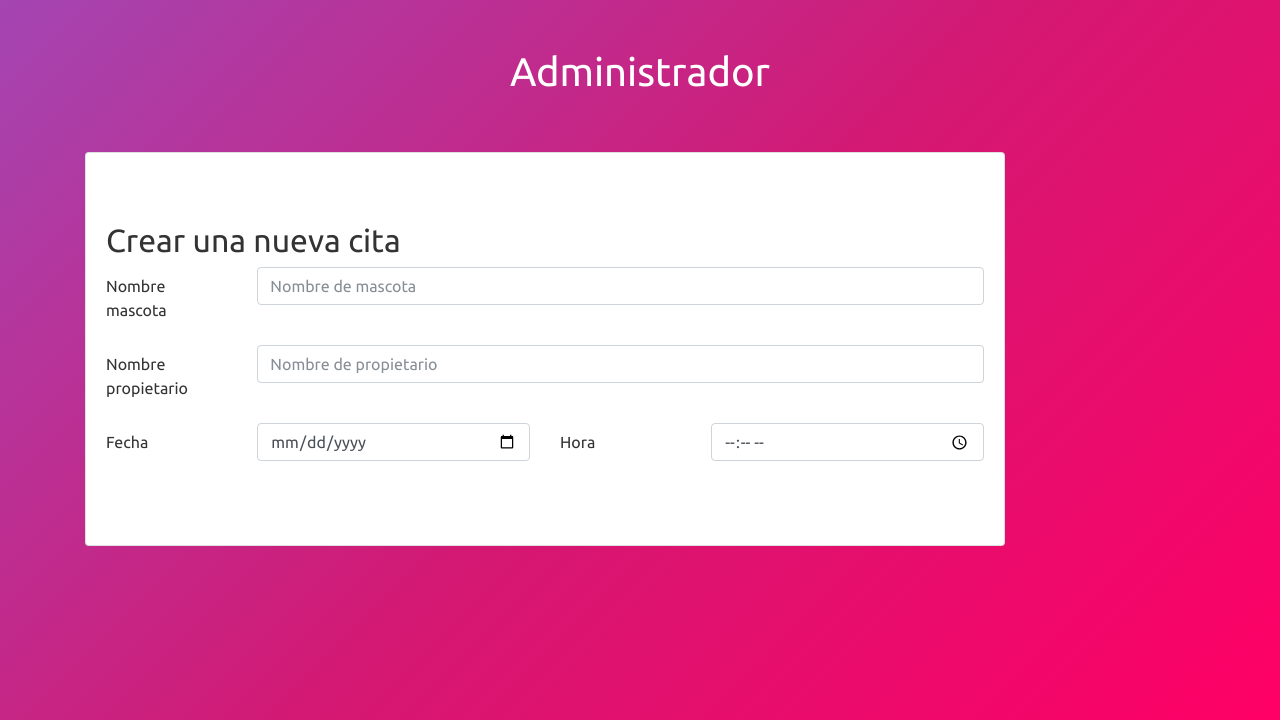
Repository: harrycampaz/react-veterinario-form
Page: /
An editor plug-in stored every save of this project. The page is shown before and after the next save, followed by the edit.
The browser window is 1280 px wide. The pictures show the whole page.
The project was rebuilt for these pictures with package versions that can differ from the ones it lists, and the page was loaded fresh each time.

Above is the page before, as saved 2020-01-16 14:19:35.

### src/App.js
import React, { Component } from "react";
import "./bootstrap.min.css";
import Header from "./components/ui/Header";
import NuevaCita from "./components/layout/NuevaCita";

class App extends Component {
  state = {};
  render() {
    return (
      <div className="container">
        <Header titulo="Administrador" />
        <div className="row">
          <div className="col-md-10 max-auto">
            <NuevaCita />
          </div>
        </div>
      </div>
    );
  }
}

export default App;

### src/components/ui/Header.js
import React from 'react';

const Header = ({titulo}) => {
    return (
      <header>
<h1 className="text-center"> {titulo}</h1>
      </header>
    );
};

export default Header;

### src/components/layout/NuevaCita.js
import React, { Component } from "react";

class NuevaCita extends Component {
  render() {
    return (
      <div className="card mt-5 py-5">
        <div className="card-body">
          <h2> Crear una nueva cita</h2>


        <form>
          <div class="form-group row">
            <label className="col-sm-4 col-lg-2 col-form-label" for="nombre">
              Nombre mascota
            </label>
            <div className="col-sm-8 col-lg-10">
              <input
                type="text"
                className="form-control"
                name="mascota"
                id="mascota"
                aria-describedby="emailHelpId"
                placeholder="Nombre de mascota"
              />
            </div>
          </div>
          <div class="form-group row">
            <label className="col-sm-4 col-lg-2 col-form-label" for="nombre">
              Nombre propietario
            </label>
            <div className="col-sm-8 col-lg-10">
              <input
                type="text"
                className="form-control"
                name="propietario"
                id="propietario"
                aria-describedby="emailHelpId"
                placeholder="Nombre de propietario"
              />
            </div>
          </div>

          <div class="form-group row">
            <label className="col-sm-4 col-lg-2 col-form-label" for="nombre">
              Fecha
            </label>
            <div className="col-sm-8 col-lg-4">
              <input
                type="date"
                className="form-control"
                name="fecha"
                id="fecha"
                aria-describedby="emailHelpId"
              />
            </div>

            <label className="col-sm-4 col-lg-2 col-form-label" for="nombre">
              Hora
            </label>
            <div className="col-sm-8 col-lg-4">
              <input
                type="time"
                className="form-control"
                name="propietario"
                id="propietario"
                aria-describedby="emailHelpId"
                placeholder="Nombre de propietario"
              />
            </div>
          </div>
        </form>
      </div>
      </div>
    );
  }
}

export default NuevaCita;

Loaded but not shown: public/index.html (common file); src/index.js (common file); src/index.css (common file); src/serviceWorker.js (common file); src/bootstrap.min.css (library)

After the next save:
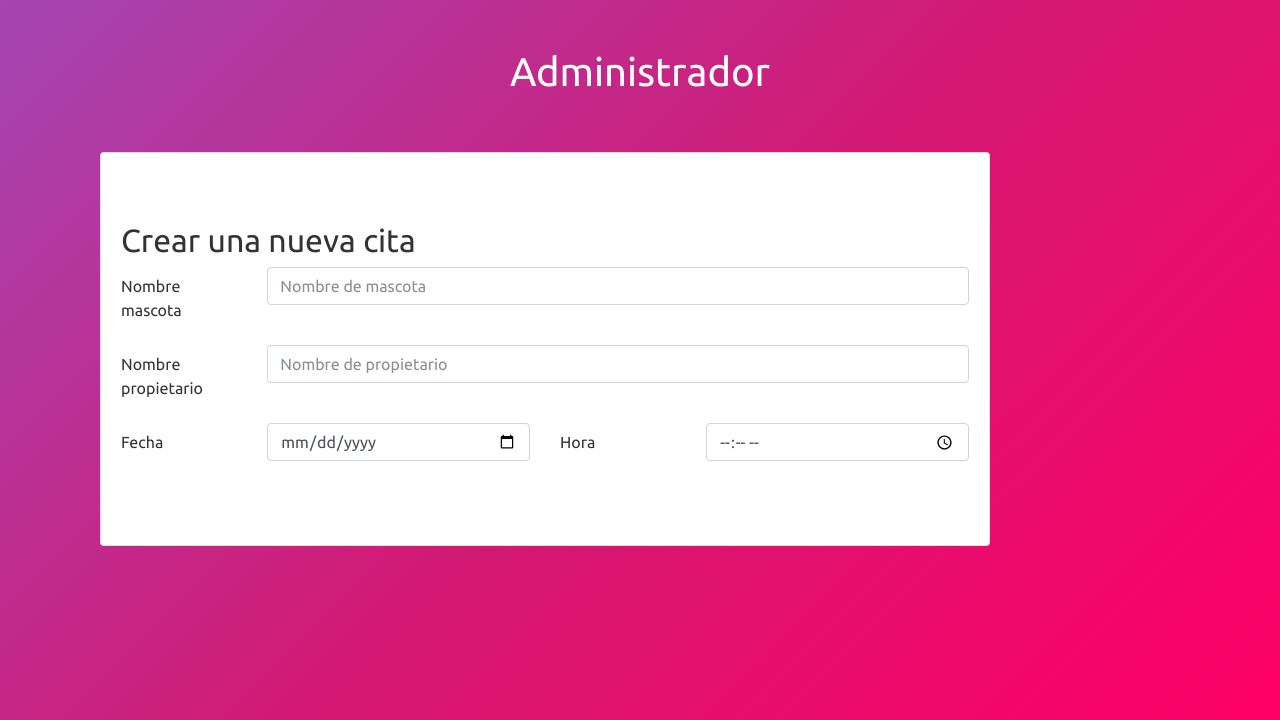
Saved 2 min 1 s later.
--- a/src/components/layout/NuevaCita.js
+++ b/src/components/layout/NuevaCita.js
@@ -3,11 +3,12 @@ import React, { Component } from "react";
 class NuevaCita extends Component {
   render() {
     return (
+      <div className= "container-fluid">
+
+
       <div className="card mt-5 py-5">
         <div className="card-body">
           <h2> Crear una nueva cita</h2>
-
-
         <form>
           <div class="form-group row">
             <label className="col-sm-4 col-lg-2 col-form-label" for="nombre">
@@ -71,6 +72,7 @@ class NuevaCita extends Component {
         </form>
       </div>
       </div>
+      </div>
     );
   }
 }
